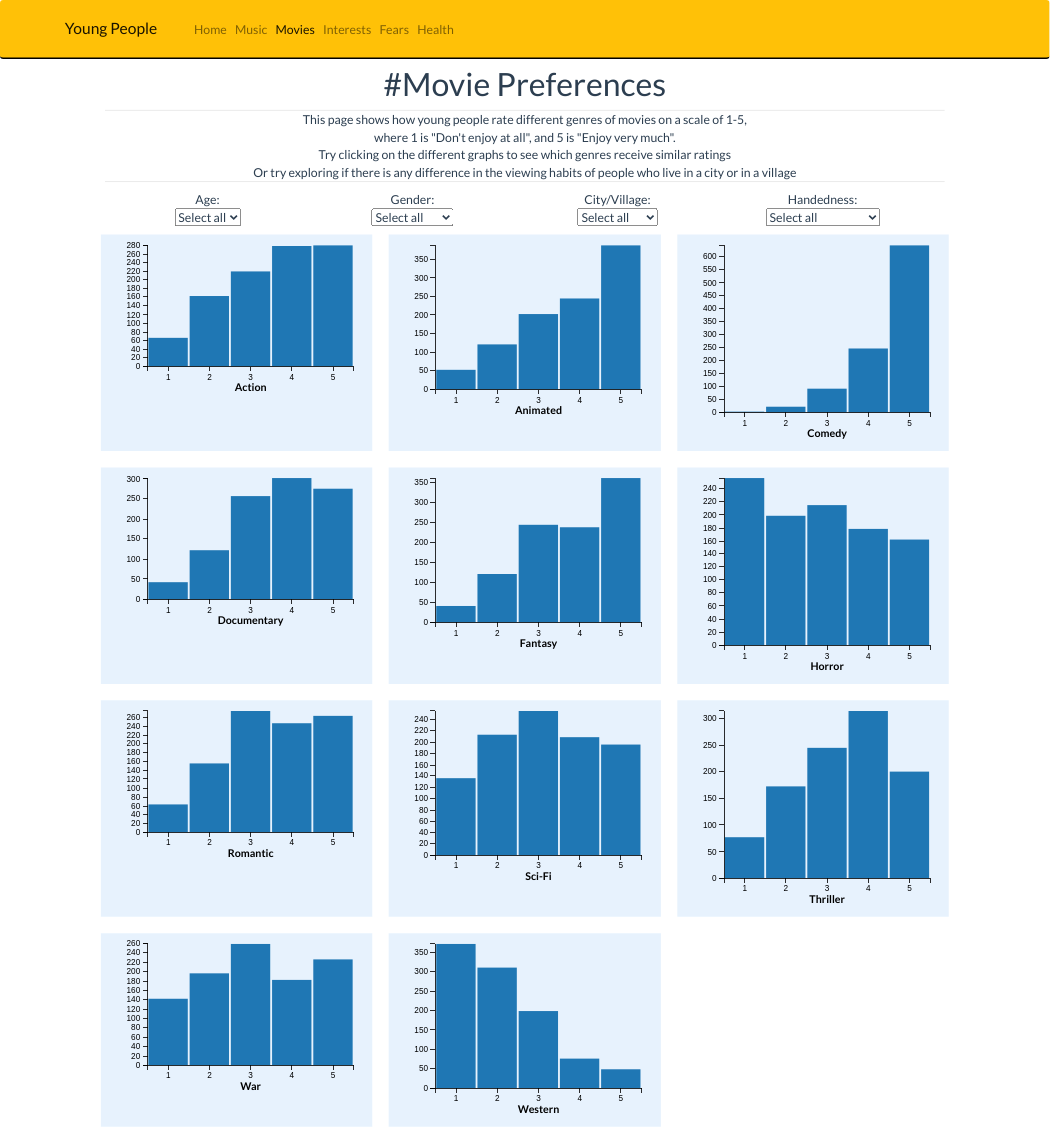
Repository: BrendanMolloy/milestone2
Page: movies.html
The author's editor kept a record of every edit. The page is drawn from the files as they stood at one moment, then again after the next edit.
The browser window is 1280 px wide. The pictures show the whole page, at 82% of full size.
Some web fonts or font styles are not loaded; a fallback is used. Some web libraries are served in a nearby version.

Above is the page before.

### movies.html
<!DOCTYPE html>
<html lang="en">

<head>
  <meta charset="UTF-8">
  <meta name="viewport" content="width=device-width, initial-scale=1.0">
  <meta http-equiv="X-UA-Compatible" content="ie=edge">
  <title>Young People</title>

  <link rel="stylesheet" href="https://maxcdn.bootstrapcdn.com/bootstrap/4.0.0/css/bootstrap.min.css" integrity="sha384-Gn5384xqQ1aoWXA+058RXPxPg6fy4IWvTNh0E263XmFcJlSAwiGgFAW/dAiS6JXm" crossorigin="anonymous">
  <link href="https://fonts.googleapis.com/css?family=Mansalva&display=swap" rel="stylesheet">

  <link rel="stylesheet" href="css/bootstrap.min.css" type="text/css" />
  <link rel="stylesheet" href="css/dc.min.css" type="text/css" />
  <link rel="stylesheet" href="css/style.css" type="text/css" />

  <script type="text/javascript" src="js/d3.min.js"></script>
  <script type="text/javascript" src="js/crossfilter.min.js"></script>
  <script type="text/javascript" src="js/dc.min.js"></script>
  <script type="text/javascript" src="js/queue.min.js"></script>
  <script type="text/javascript" src="js/movies.js"></script>
</head>

<body>
  <!------------------------------- Navbar -------------------------------------->

  <nav class="navbar navbar-expand-md navbar-expand-lg navbar-light bg-warning">
    <a class="navbar-brand" href="#">Young People</a>
    <button class="navbar-toggler" type="button" data-toggle="collapse" data-target="#navbarNav" aria-controls="navbarNav" aria-expanded="false" aria-label="Toggle navigation">
    <span class="navbar-toggler-icon"></span>
  </button>
    <div class="collapse navbar-collapse" id="navbarNav">
      <ul class="navbar-nav">
        <li class="nav-item">
          <a class="nav-link" href="index.html">Home</a>
        </li>
        <li class="nav-item">
          <a class="nav-link" href="music.html">Music</a>
        </li>
        <li class="nav-item active">
          <a class="nav-link" href="movies.html">Movies <span class="sr-only">(current)</span></a>
        </li>
        <li class="nav-item">
          <a class="nav-link" href="interests.html">Interests</a>
        </li>
        <li class="nav-item">
          <a class="nav-link" href="fears.html">Fears</a>
        </li>
        <li class="nav-item">
          <a class="nav-link" href="health.html">Health</a>
        </li>
      </ul>
    </div>
  </nav>

  <!-------------------------------- Movies ------------------------------------->
  <section class="section main">
    <h1>#Movie Preferences</h1>
    <p>This page shows how young people rate different genres of movies on a scale of 1-5,
    <br>where 1 is "Don't enjoy at all", and 5 is "Enjoy very much".
    <br> Try clicking on the different graphs to see which genres receive similar ratings
    <br> Or try exploring if there is any difference in the viewing habits of people who live in a city or in a village</p>
    <div class="container-fluid dropdown-container">
      <div class="row">
        <div id="age-filter" class="dropdowns col-xs-6 col-md-6 col-lg-3">Age:<br></div>
        <div id="gender-filter" class="dropdowns col-xs-6 col-md-6 col-lg-3">Gender:<br></div>
        <div id="city-village-filter" class=" dropdowns col-xs-6 col-md-6 col-lg-3">City/Village:<br></div>
        <div id="handedness-filter" class="dropdowns col-xs-6 col-md-6 col-lg-3">Handedness:<br></div>
      </div>
    </div>
    <div class="row">
      <div id="action" class="col-sm-12 col-md-6 col-lg-4 badge"></div>
      <div id="animated" class="col-sm-12 col-md-6 col-lg-4 badge"></div>
      <div id="comedy" class="col-sm-12 col-md-6 col-lg-4 badge"></div>
      <div id="documentary" class="col-sm-12 col-md-6 col-lg-4 badge"></div>
      <div id="fantasy" class="col-sm-12 col-md-6 col-lg-4 badge"></div>
      <div id="horror" class="col-sm-12 col-md-6 col-lg-4 badge"></div>
      <div id="romantic" class="col-sm-12 col-md-6 col-lg-4 badge"></div>
      <div id="scifi" class="col-sm-12 col-md-6 col-lg-4 badge"></div>
      <div id="thriller" class="col-sm-12 col-md-6 col-lg-4 badge"></div>
      <div id="war" class="col-sm-12 col-md-6 col-lg-4 badge"></div>
      <div id="western" class="col-sm-12 col-md-6 col-lg-4 badge"></div>
    </div>
  </section>

  <script src="https://code.jquery.com/jquery-3.2.1.slim.min.js" integrity="sha384-KJ3o2DKtIkvYIK3UENzmM7KCkRr/rE9/Qpg6aAZGJwFDMVNA/GpGFF93hXpG5KkN" crossorigin="anonymous"></script>
  <script src="https://cdnjs.cloudflare.com/ajax/libs/popper.js/1.12.9/umd/popper.min.js" integrity="sha384-ApNbgh9B+Y1QKtv3Rn7W3mgPxhU9K/ScQsAP7hUibX39j7fakFPskvXusvfa0b4Q" crossorigin="anonymous"></script>
  <script src="https://maxcdn.bootstrapcdn.com/bootstrap/4.0.0/js/bootstrap.min.js" integrity="sha384-JZR6Spejh4U02d8jOt6vLEHfe/JQGiRRSQQxSfFWpi1MquVdAyjUar5+76PVCmYl" crossorigin="anonymous"></script>


</body>

</html>

### css/style.css
.container {
  margin: 0;
  padding: 0;
}

.navbar-container {
  z-index: 2;
  position: fixed;
  width: 100vw;
  border-bottom: 1px solid #000;
}

.navbar {
  z-index: 2;
  position: fixed;
  width: 100vw;
  padding-left: 5%;
  padding-right: 5%;
  margin: 0;
  border-bottom: 2px solid #000;
}

.landing {
  text-align: center;
  padding-top: 60px;
  padding-right: 15%;
  padding-left: 15%;
  background: url("../images/young-people.jpg") no-repeat fixed center;
  -webkit-background-size: cover;
  -moz-background-size: cover;
  -o-background-size: cover;
  background-size: cover;
}

.landing-graphs {
  position: relative;
  width: 100%;
  padding: 2%;
  background: rgba(231, 242, 253, 0.9);
}

p {
  border-top: 1px solid #e6e6e6;
  border-bottom: 1px solid #e6e6e6;
    -webkit-animation: fadein 3s;
  /* Safari, Chrome and Opera > 12.1 */
  -moz-animation: fadein 3s;
  /* Firefox < 16 */
  -ms-animation: fadein 3s;
  /* Internet Explorer */
  -o-animation: fadein 3s;
  /* Opera < 12.1 */
  animation: fadein 3s;
}

.landing p {
  background: rgba(231, 242, 253, 0.7);
}

.dropdowns {
  text-align: center;
  max-width:250px;
}

.dropdown-container{
  max-width: inherit;
  text-align: center;
}

.main {
  text-align: center;
  max-width: 100vw;
  padding-left: 10%;
  padding-right: 10%;
  padding-top: 60px;
}

.badge {
  text-align: center;
  width: 100%;
  background-color: #E7F2FD;
  border: 10px solid #fff;
}

### js/movies.js
/* global queue */
/* global d3 */
/* global crossfilter */
/* global dc */

queue()
    .defer(d3.csv, "data/young-people.csv")
    .await(makeGraphs);

function makeGraphs(error, ypData) {
    var ndx = crossfilter(ypData);

    // demographics //
    show_dropdown(ndx, 'Age', "#age-filter");
    show_dropdown(ndx, 'Gender', "#gender-filter");
    show_dropdown(ndx, 'Village - town', "#city-village-filter");
    show_dropdown(ndx, 'Left - right handed', "#handedness-filter");

    // movies //
    //show_enjoyment(ndx, 'Movies', "#movie-enjoyment", "I enjoy watching Movies");
    show_bar_chart(ndx, 'Action', "#action", "Action");
    show_bar_chart(ndx, 'Animated', "#animated", "Animated");
    show_bar_chart(ndx, 'Comedy', "#comedy", "Comedy");
    show_bar_chart(ndx, 'Documentary', "#documentary", "Documentary");
    show_bar_chart(ndx, 'Fantasy/Fairy tales', "#fantasy", "Fantasy");
    show_bar_chart(ndx, 'Horror', "#horror", "Horror");
    show_bar_chart(ndx, 'Romantic', "#romantic", "Romantic");
    show_bar_chart(ndx, 'Sci-fi', "#scifi", "Sci-Fi");
    show_bar_chart(ndx, 'Thriller', "#thriller", "Thriller");
    show_bar_chart(ndx, 'War', "#war", "War");
    show_bar_chart(ndx, 'Western', "#western", "Western");

    dc.utils.printSingleValue.fformat = d3.format('.0f');

    dc.renderAll();
}

function remove_empty_bins(source_group) { //eliminates empty or null values from the dataset, so graphs can render unimpeded//
    return {
        all: function() {
            return source_group.all().filter(function(d) {
                //return Math.abs(d.value) > 0.00001; // if using floating-point numbers
                return d.key !== ""; // if integers only
            });
        }
    };
}

//-------------------------- Demographics ------------------------------------//

function show_dropdown(ndx, dimensionLabel, id) {
    var dim = ndx.dimension(dc.pluck(dimensionLabel));
    var group = dim.group();
    var filtered_group = remove_empty_bins(group)

    dc.selectMenu(id)
        .dimension(dim)
        .group(filtered_group);
}

//---------------------------- Main Graphs ----------------------------------//

function show_enjoyment(ndx, dimensionLabel, id, xlabel) {
    var dim = ndx.dimension(dc.pluck(dimensionLabel));
    var group = dim.group();
    var filtered_group = remove_empty_bins(group)

    dc.barChart(id)
        .width(400)
        .height(300)
        .margins({ top: 10, right: 50, bottom: 30, left: 50 })
        .dimension(dim)
        .group(filtered_group)
        .transitionDuration(500)
        .x(d3.scale.ordinal())
        .xUnits(dc.units.ordinal)
        .elasticY(true)
        .xAxisLabel(xlabel)
        .yAxis().ticks(10);
}

function show_bar_chart(ndx, dimensionLabel, id, xlabel) {
    var dim = ndx.dimension(dc.pluck(dimensionLabel)); //selects column from dataset
    var group = dim.group();
    var filtered_group = remove_empty_bins(group)
    /*var w = 400; //adjust graph dimensions
    var h = 300; */

    dc.barChart(id)
        /*.width(w)
        .height(h) */
        .margins({ top: 10, right: 50, bottom: 30, left: 50 })
        .dimension(dim)
        .group(filtered_group)
        .transitionDuration(500)
        .x(d3.scale.ordinal())
        .xUnits(dc.units.ordinal)
        .elasticY(true)
        .xAxisLabel(xlabel)
        .yAxis().ticks(10);
}

Loaded but not shown: css/bootstrap.min.css (library); css/dc.min.css (library); js/d3.min.js (library); js/crossfilter.min.js (library); js/dc.min.js (library); js/queue.min.js (common file)

After the next edit:
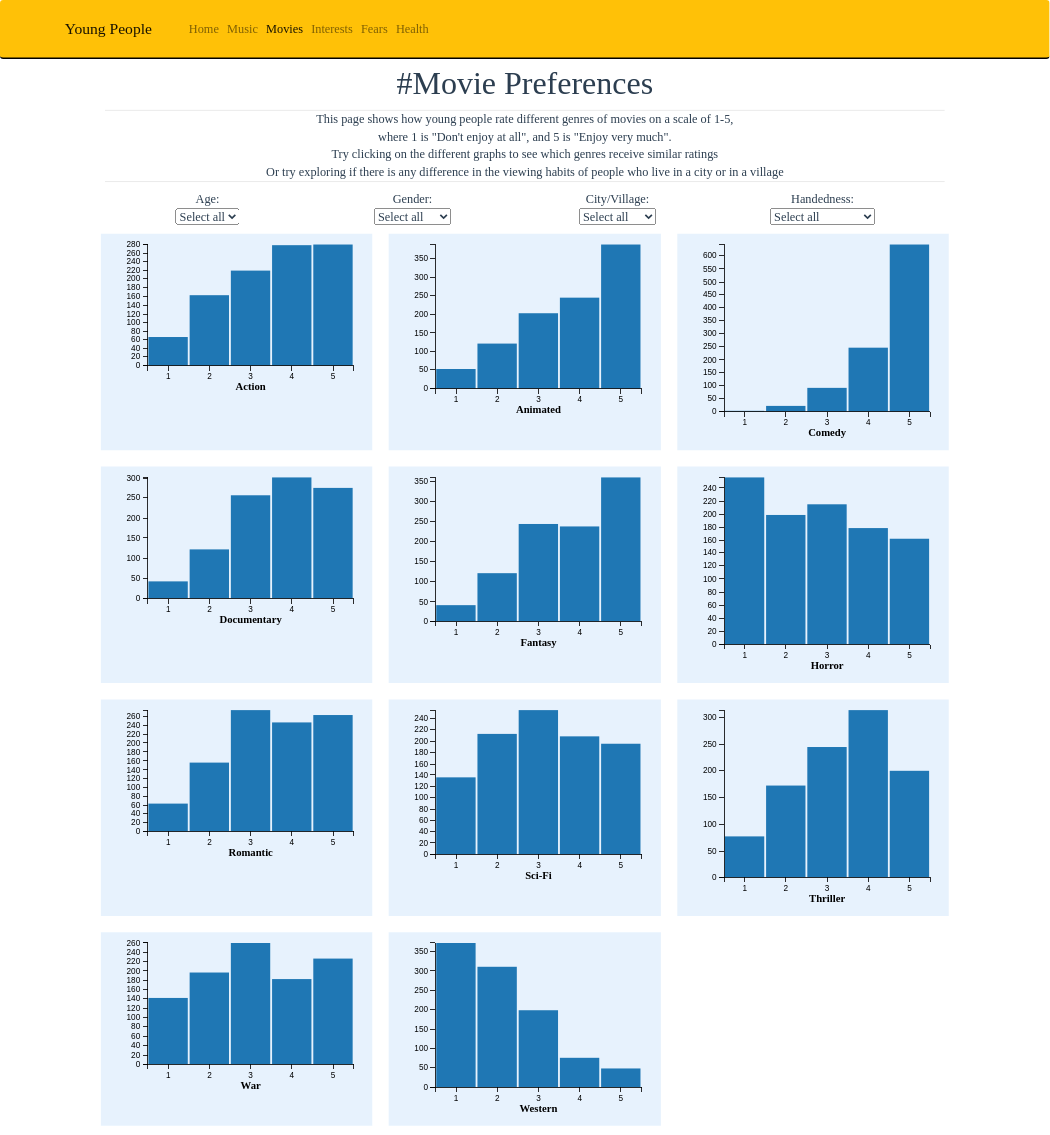
The edit:
--- a/css/style.css
+++ b/css/style.css
@@ -1,3 +1,11 @@
+body{
+  font-family: 'Mansalva', cursive;
+}
+
+h1 {
+  font-family: 'Mansalva', cursive;
+}
+
 .container {
   margin: 0;
   padding: 0;
